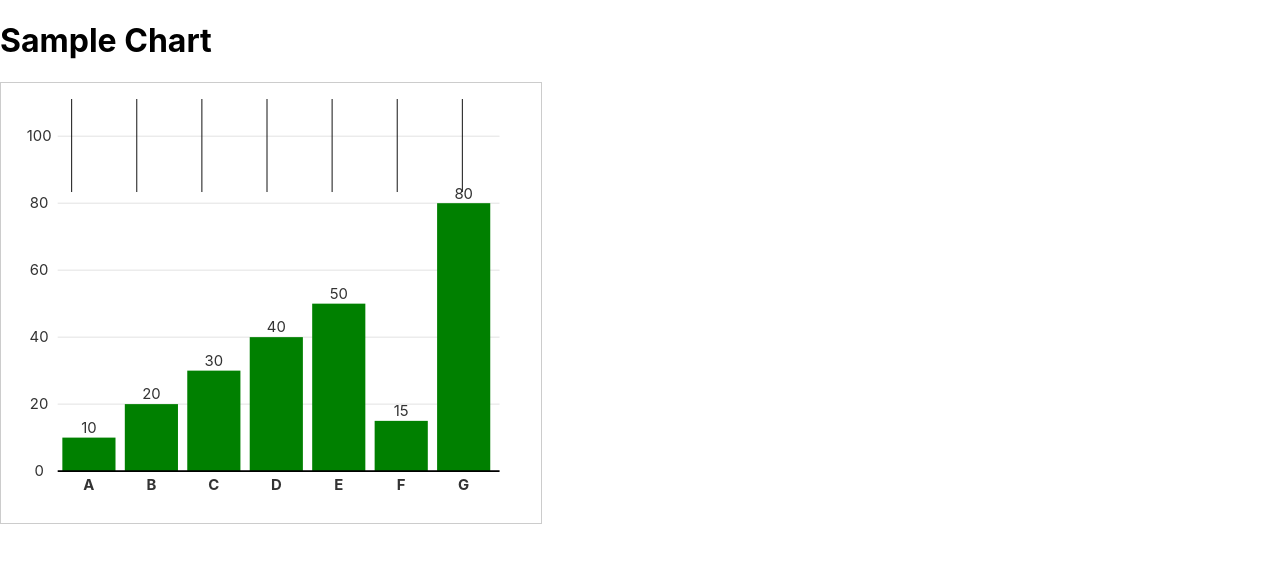
Repository: CaptainJang316/GChart
Page: /
These files come from the project's save history. The page is drawn as it stood at one moment and after the next save; the edit follows.
The browser window is 1280 px wide. The pictures show the whole page.
The project was rebuilt for these pictures with package versions that can differ from the ones it lists, and the page was loaded fresh each time. Also part of the build but not shown: src/App.css.

Above is the page before, as saved 2024-11-09 17:18:43.

After the next save:
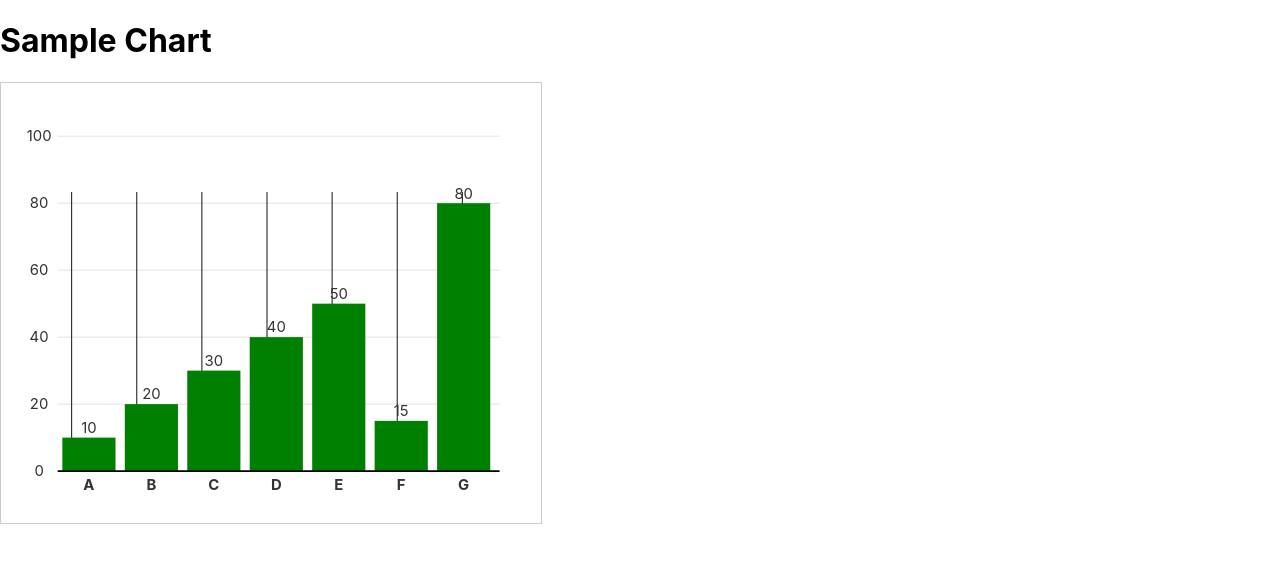
Saved 12 s later.
--- a/src/components/Chart/BarChart.tsx
+++ b/src/components/Chart/BarChart.tsx
@@ -62,7 +62,7 @@ const BarChart: React.FC<Option> = ({
                         <line
                             key={el.id}
                             x1={el.x1}
-                            y1={0}
+                            y1={height}
                             x2={el.x2}
                             y2={100}
                             stroke="black"
